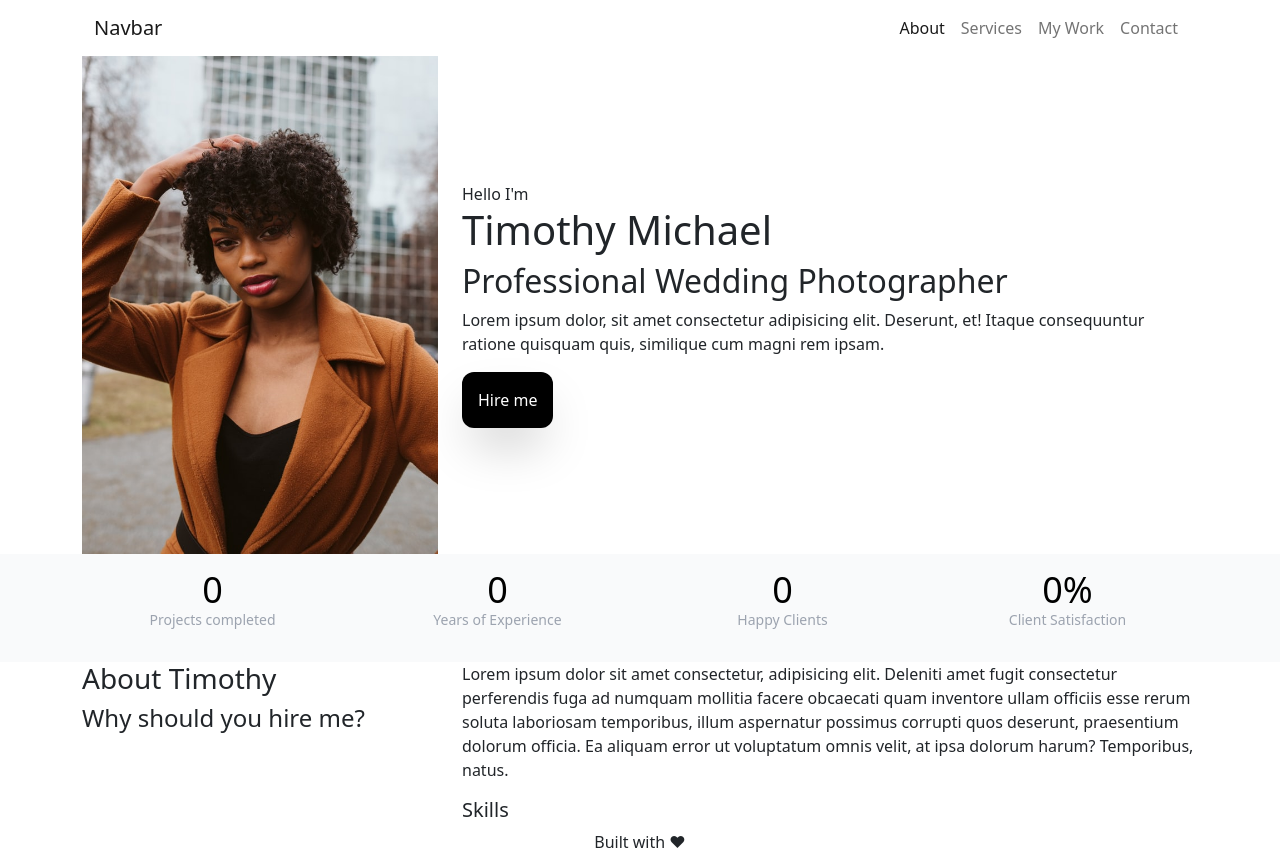
Repository: latenightsnacc/giggles
Page: HTML/freelancer.html
The author's editor kept a copy of each file at every save. The page is drawn from the files as they stood at one save, then again after the next save.
The browser window is 1280 px wide. The pictures show the whole page.
Some web libraries are served in a nearby version.

Above is the page before, as saved 2021-01-03 15:10:59.

### HTML/freelancer.html
<!DOCTYPE html>
<html lang="en">
<head>
    <meta charset="UTF-8">
    <meta name="viewport" content="width=device-width, initial-scale=1.0">
    <link href="https://cdnjs.cloudflare.com/ajax/libs/tailwindcss/2.0.2/tailwind.min.css" rel="stylesheet">
    <link rel="stylesheet" href="https://stackpath.bootstrapcdn.com/font-awesome/4.7.0/css/font-awesome.min.css" />
    <link href="https://cdn.jsdelivr.net/npm/bootstrap@5.0.0-beta1/dist/css/bootstrap.min.css" rel="stylesheet" integrity="sha384-giJF6kkoqNQ00vy+HMDP7azOuL0xtbfIcaT9wjKHr8RbDVddVHyTfAAsrekwKmP1" crossorigin="anonymous">
    <title>Freelancer Page</title>
</head>
<body>
    <header class="container">
        <nav class="navbar navbar-expand-lg navbar-light bg-white">
            <div class="container-fluid">
              <a class="navbar-brand" href="#">Navbar</a>
              <button class="navbar-toggler" type="button" data-bs-toggle="collapse" data-bs-target="#navbarNavDropdown" aria-controls="navbarNavDropdown" aria-expanded="false" aria-label="Toggle navigation">
                <span class="navbar-toggler-icon"></span>
              </button>
              <div class="collapse navbar-collapse" id="navbarNavDropdown">
                <ul class="navbar-nav ml-auto">
                  <li class="nav-item">
                    <a class="nav-link active" aria-current="page" href="#">About</a>
                  </li>
                  <li class="nav-item">
                    <a class="nav-link" href="#">Services</a>
                  </li>
                  <li class="nav-item">
                    <a class="nav-link" href="#">My Work</a>
                  </li>
                  <li class="nav-item">
                    <a class="nav-link" href="#">Contact</a>
                  </li>
                  <!-- <li class="nav-item dropdown">
                    <a class="nav-link dropdown-toggle" href="#" id="navbarDropdownMenuLink" role="button" data-bs-toggle="dropdown" aria-expanded="false">
                      Dropdown link
                    </a>
                    <ul class="dropdown-menu" aria-labelledby="navbarDropdownMenuLink">
                      <li><a class="dropdown-item" href="#">Action</a></li>
                      <li><a class="dropdown-item" href="#">Another action</a></li>
                      <li><a class="dropdown-item" href="#">Something else here</a></li>
                    </ul>
                  </li> -->
                </ul>
              </div>
            </div>
        </nav>
    </header>
    <main>
        <!--User Banner-->
        <div class="container">
            <div class="row flex items-center h-auto">
                <div class="col-sm-12 col-md-4 col-lg-4 col-xl-4">
                    <img src="assets/userDp.jpg" alt="Profile Picture">
                </div>
                <div class="col-sm-12 col-md-8 col-lg-8 col-xl-8">
                    <div class="user-info">
                        <span>Hello I'm</span>
                        <h1>Timothy Michael</h1>
                        <h2>Professional Wedding Photographer</h2>
                        <p>Lorem ipsum dolor, sit amet consectetur adipisicing elit. Deserunt, et! Itaque consequuntur ratione quisquam quis, similique cum magni rem ipsam.</p>
                        <button class="bg-black text-white p-3 semi-bold rounded-xl shadow-2xl">Hire me</button>
                    </div>
                </div>
            </div>
        </div>
        <!--User Statisitics-->
        <div class="stats w-full bg-gray-50 flex items-center h-auto py-3">
            <div class="container">
                <div class="row">
                    <div class="stat-box col text-center">
                        <div class="bold text-4xl text-black">0</div>
                        <p class="text-sm text-gray-400">Projects completed</p>

                    </div>
                    <div class="stat-box col text-center">
                        <div class="bold text-4xl text-black">0</div>
                        <p class="text-sm text-gray-400">Years of Experience</p>
                    </div>
                    <div class="stat-box col text-center">
                        <div class="bold text-4xl text-black">0</div>
                        <p class="text-sm text-gray-400">Happy Clients</p>
                    </div>
                    <div class="stat-box col text-center">
                        <div class="bold text-4xl text-black">0%</div>
                        <p class="text-sm text-gray-400">Client Satisfaction</p>
                    </div>
                </div>
            </div>
        </div>
        <!--About User-->
        <div class="container">
            <div class="row">
                <div class="col-sm-12 col-md-6 col-lg-4 col-xl-4">
                    <h3>About Timothy</h3>
                    <h4>Why should you hire me?</h4>
                </div>
                <div class="col-sm-12 col-md-6 col-lg-8 col-xl-8">
                    <p>Lorem ipsum dolor sit amet consectetur, adipisicing elit. Deleniti amet fugit consectetur perferendis fuga ad numquam mollitia facere obcaecati quam inventore ullam officiis esse rerum soluta laboriosam temporibus, illum aspernatur possimus corrupti quos deserunt, praesentium dolorum officia. Ea aliquam error ut voluptatum omnis velit, at ipsa dolorum harum? Temporibus, natus.</p>
                    <h5>Skills</h5>
                    <div class="d-flex flex-wrap">

                    </div>
                </div>
            </div>
        </div>
    </main>
    <footer class="text-center">Built with &hearts; </footer>
    <script src="https://cdn.jsdelivr.net/npm/bootstrap@5.0.0-beta1/dist/js/bootstrap.bundle.min.js" integrity="sha384-ygbV9kiqUc6oa4msXn9868pTtWMgiQaeYH7/t7LECLbyPA2x65Kgf80OJFdroafW" crossorigin="anonymous"></script>

</body>
</html>

After the next save:
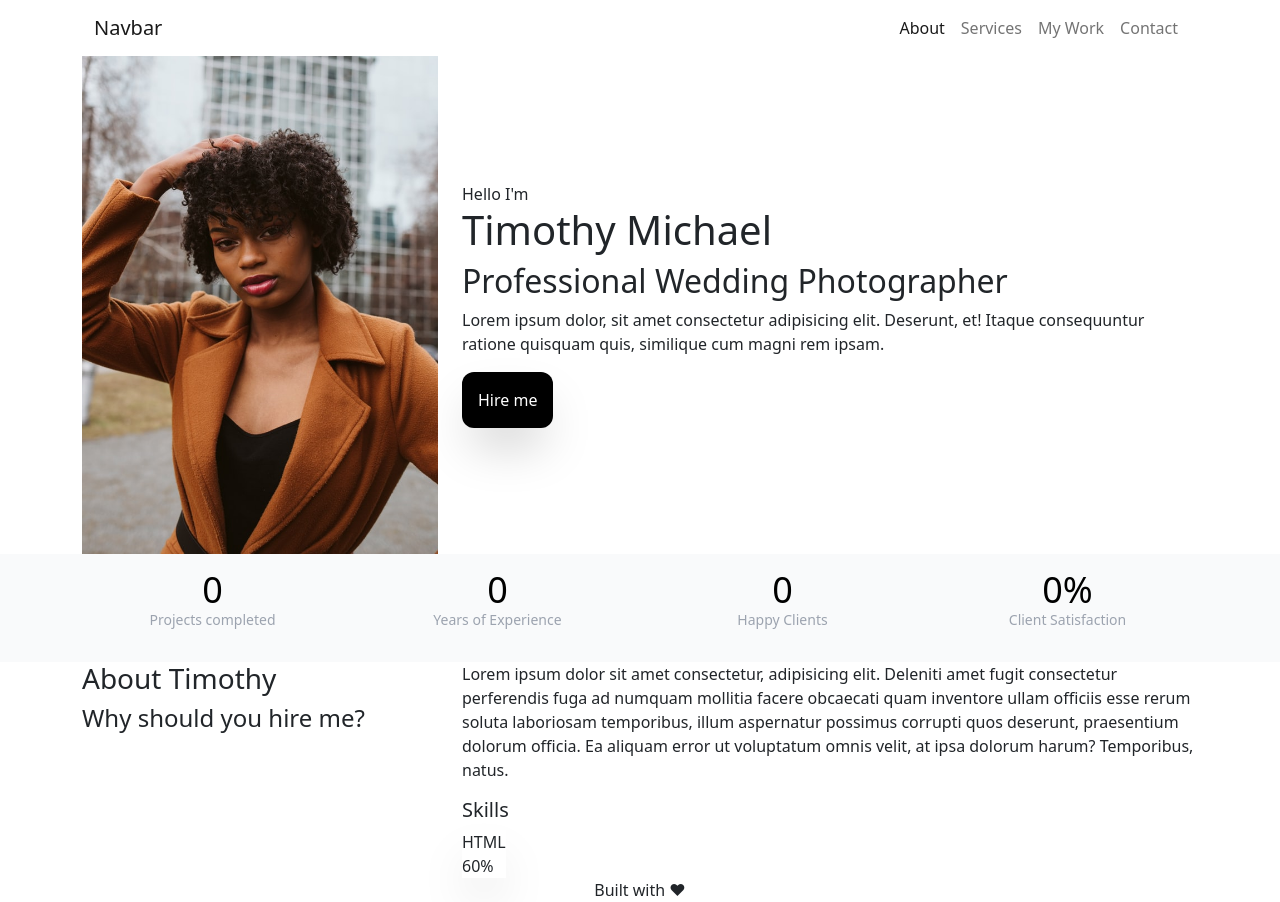
Saved 67 s later.
--- a/HTML/freelancer.html
+++ b/HTML/freelancer.html
@@ -98,7 +98,10 @@
                     <p>Lorem ipsum dolor sit amet consectetur, adipisicing elit. Deleniti amet fugit consectetur perferendis fuga ad numquam mollitia facere obcaecati quam inventore ullam officiis esse rerum soluta laboriosam temporibus, illum aspernatur possimus corrupti quos deserunt, praesentium dolorum officia. Ea aliquam error ut voluptatum omnis velit, at ipsa dolorum harum? Temporibus, natus.</p>
                     <h5>Skills</h5>
                     <div class="d-flex flex-wrap">
-
+                        <div class="skill-box shadow-2xl max-w-sm">
+                            <div>HTML</div>
+                            <span>60%</span>
+                        </div>
                     </div>
                 </div>
             </div>
